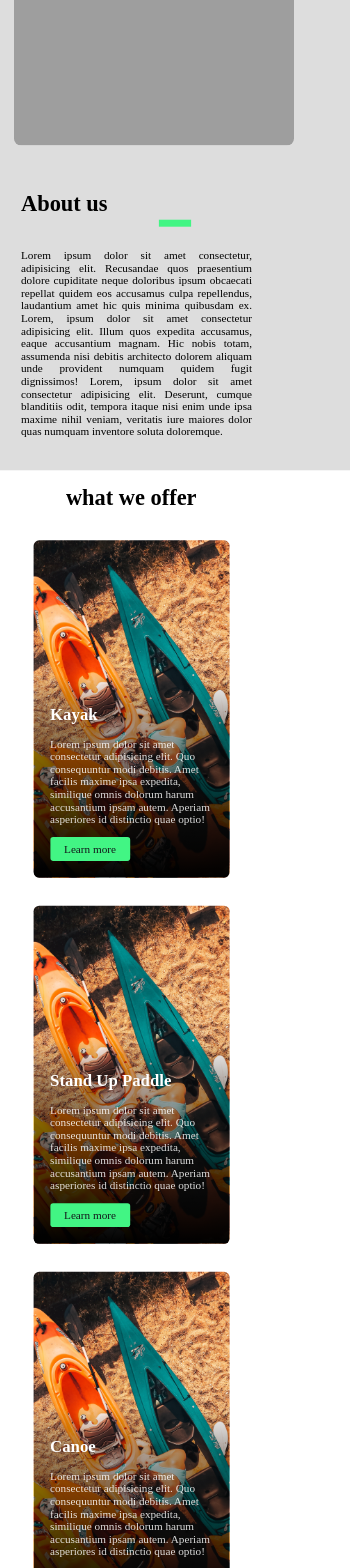
Repository: joseluis2289/Responsive-club-website
Page: index.html
An editor plug-in stored every save of this project. The page is shown before and after a run of saves, followed by the edit.
The browser window is 375 px wide. The page is 500 px wide, so the pictures cover 500 px, including what lies to the right of the window. The pictures show the part of the page from y = 1267 to 3507 px (the page is 4417 px tall before and 4387 px after), at 70% of full size.
Pictures or frames that could not be fetched are drawn as grey boxes.

Above is the page before, as saved 2021-08-24 13:06:11.

### index.html
<!DOCTYPE html>
<html lang="en">
<head>
    <meta charset="UTF-8">
    <meta http-equiv="X-UA-Compatible" content="IE=edge">
    <meta name="viewport" content="width=device-width, initial-scale=1.0">
    <link rel="stylesheet" href="style.css">
    <script src="script.js" defer></script>
    <title>Responsive-Club-website</title>
</head>
<body>

    <nav class="navbar">
        <!-- hamburger toggle -->
        <div class="brand-title">Club-Website</div>
        <a href="#" class="toggle-button">
            <span class="bar"></span>
            <span class="bar"></span>
            <span class="bar"></span>
        </a>

        <div class="nav-links">
            <ul>
                <li><a href="#">Home</a></li>
                <li><a href="#">About</a></li>
                <li><a href="#">Contact</a></li>
            </ul>
        </div>
    </nav>
<div class="banner"></div>

<section class="welcome">
    <h1 class="discover-title">Discover the city of Leipzig</h1>
    <p class="p-discover">Discover the "water city of Leipzig". No matter whether by paddle <strong>or canoe or rowing boat.</strong>The city and its surroundings are among the most beautiful paddling areas in Saxony. Leipzig offers an incomparable combination of urban flair, unique Wilhelminian style architecture Unesco World Heritage Site and natural paradise Leipzig floodplain forest. Overall, the city has almost 300 km of extensive river and canal landscape.</p>

</section>

<!-- about us section -->
<div class="grid-container-about">
    <img class="grid-item-img" src="./Cosmetics Discount Sale Landscape Banner.png" alt="about">
    <div class="grid-item-text"><h1><a class="aboutUs-title" href="#">About us</a></h1><p class="aboutUs-text"> Lorem ipsum dolor sit amet consectetur, adipisicing elit. Recusandae quos praesentium dolore cupiditate neque doloribus ipsum obcaecati repellat quidem eos accusamus culpa repellendus, laudantium amet hic quis minima quibusdam ex. Lorem, ipsum dolor sit amet consectetur adipisicing elit. Illum quos expedita accusamus, eaque accusantium magnam. Hic nobis totam, assumenda nisi debitis architecto dolorem aliquam unde provident numquam quidem fugit dignissimos! Lorem, ipsum dolor sit amet consectetur adipisicing elit. Deserunt, cumque blanditiis odit, tempora itaque nisi enim unde ipsa maxime nihil veniam, veritatis iure maiores dolor quas numquam inventore soluta doloremque.</p></div>
</div>

<h1 class="tittle-what-we-offer">what we offer</h1>


<div class="card-container">
    <div class="card">
        <div class="card-content">
        <h2 class="card-title">Kayak</h2>
        <p class="card-body">Lorem ipsum dolor sit amet consectetur adipisicing elit. Quo consequuntur modi debitis. Amet facilis maxime ipsa expedita, similique omnis dolorum harum accusantium ipsam autem. Aperiam asperiores id distinctio quae optio!</p>
        <a href="#" class="button">Learn more</a>
    </div>
    </div>

    <div class="card">
        <div class="card-content">
        <h2 class="card-title"> Stand Up Paddle</h2>
        <p class="card-body">Lorem ipsum dolor sit amet consectetur adipisicing elit. Quo consequuntur modi debitis. Amet facilis maxime ipsa expedita, similique omnis dolorum harum accusantium ipsam autem. Aperiam asperiores id distinctio quae optio!</p>
        <a href="#" class="button">Learn more</a>
    </div>
    </div>


    <div class="card">
        <div class="card-content">
        <h2 class="card-title">Canoe</h2>
        <p class="card-body">Lorem ipsum dolor sit amet consectetur adipisicing elit. Quo consequuntur modi debitis. Amet facilis maxime ipsa expedita, similique omnis dolorum harum accusantium ipsam autem. Aperiam asperiores id distinctio quae optio!</p>
        <a href="#" class="button">Learn more</a>
    </div>
    </div>

</div>





<!-- <section class="what-we-offer">
     <!-- <div class="kayak">kayak</div>
   <img class="kayak" src="./kayak.png" alt="kayak">
   <img class="kayak" src="./boat.png" alt="boat">
   <img class="kayak" src="./sup.png" alt="sup">
</section> -->




<section class="register">
    <form id="register" action="#">
        <h2 class="register-title">Register now!</h2>
        <label for="first-name">First-name:</label>
        <br/>
        <input type="text" name="first-name" id='name' placeholder="Enter your name">
        <br/>
        <label for="last-name">Last-name:</label>
        <br/>
        <input type="text" name="last-name" id="name" placeholder="Enter your last name">
        <br/>
        <label for="email">Email:</label>
        <br/>
        <input type="text" name="email" id="name" placeholder="Enter your email">
        <br/>&nbsp;
        <!-- <label for="gender">Gender:</label>
        <br/>
        <input type="radio" name="gender" id="male">
        &nbsp;
        <span id="male">Male</span>
        &nbsp; &nbsp;
        <input type="radio" name="gender" id="female">
        &nbsp;
        <span id="female">Female</span> -->
        <br/> <br/>
    <input type="submit" value="submit" name="submit" id="submit">
    </form>
</section>

<footer class="footer">
    <div>footer</div>
</footer>
</body>
</html>

### style.css
:root{
    --clr-neutral-900: hsl(207,19%,9%);
    --crl-neutral-100: hsl(0,0%,100%);
    --crl-accent-400: hsl(142, 90%, 61%);

}

*,
*::before,
*::after {
    box-sizing: border-box;
}


*{
    box-sizing: border-box;
}

body{
    margin: 0;
    border: 0;
}

.navbar{
    display: flex;
    justify-content: space-between;
    align-items: center;
    background-color: #333;
    color: white;
    font-family: 'Poppins', sans-serif;

}

.brand-title{
    font-size: 1.6rem;
    margin: .5rem;
    text-transform: uppercase;
    letter-spacing: 4px;
    -webkit-box-shadow: 0 10px 6px -6px rgb(80, 73, 73);
    -moz-box-shadow:0 10px 6px -6px rgb(114, 110, 110);
    box-shadow: 0 10px 6px -6px rgb(136, 133, 133);
    border-radius:10px;
}

.nav-links ul {
    margin: 0;
    padding: 0;
    display: flex;
}
.nav-links li {
    list-style: none;
}

.nav-links li a {
    text-decoration: none;
    color: white;
    padding: 1rem;
    display: block;
}
.nav-links li:hover{
    background-color:#555;
}

.toggle-button {
    position: absolute;
    top: .75rem;
    right: 1rem;
    display: none;
    flex-direction: column;
    justify-content: space-between;
    width: 30px;
    height: 22px;
}

.toggle-button .bar {
    height: 3px;
    width: 100%;
    background-color: white;
    border-radius: 10px;
}

.banner{
    background-image: url("/Cosmetics\ Discount\ Sale\ Landscape\ Banner.png");
    background-repeat: no-repeat;
    background-position: cover;
    background-size: 100% 100vh;
    height: 100vh;
}

/* discover the city of Leipzig */
.welcome{
    text-align: center;
    height: 30vh;

}
.discover-title{
    display: block;
    position: relative;
    cursor: pointer;
}
.discover-title::after{
    content:"";
    position: absolute;
    left: 620px;
    background: var(--crl-accent-400);
    display: block;
    border: 0;
    margin: 0.5rem 0;
    width:300px;
    height: 10px;
    transform: scaleX(0.1);
    transition: transform 0.4s ease;

}

.discover-title:hover:after,
.discover-title:active:after{
    transform: scaleX(1);
    transform-origin: left;
    transition: transform 0.5s ease;
}


.grid-container-about{
    background-color: #ddd;
    display: grid;
    grid-template-columns: 1fr 1fr;
    padding: 30px;
}
.grid-item-img{
    width: 400px;
    height: 40vh;
    border-radius:10px;

}

/* about us  */

.aboutUs-title{
color: #000;
text-decoration: none;
border: 0;
margin: 0.5rem 0;
line-height: 1.4;
display: block;
position: relative;
}

.aboutUs-title:after{
    position: absolute;
    content: "";
    background: var(--crl-accent-400);
    display: block;
    left:0;
    bottom:0;
    line-height: 1.4;
    width:100%;
    height: 10px;
    transform: scaleX(0.1);
    transition: transform 0.4s ease;

}

.aboutUs-title:hover:after,
.aboutUs-title:active:after{
    transform: scaleX(1);
    transform-origin: left bottom;
    transition: transform 0.5s ease;
}




/* what we offer cards */
.tittle-what-we-offer{
    text-align: center;
}

.card-container{
    display: flex;
    justify-content: space-around;
}

.card{
    color: var(--crl-neutral-100);
    background-image: url(./we-offer.jpg);
    background-size: cover;
    padding: 12rem 0 0;
    /* ch is 35 character wide */
    max-width: 35ch;
    border-radius: 0.5rem;
    overflow: hidden;
    transition: transform 500ms ease;

}

.card:hover{
    transform: scale(1.05);
}



.card-content{
    /* this variable only exist within the card content */
    --padding: 1.5rem;
    padding: var(--padding);
    /* here im appying some saturation and opacity of the backgroud card in order to king of fade it out */
    background: linear-gradient(
        hsl(0 0% 0% / 0),
        hsl(0 0% 0% / 0.3) 20%,
        hsl(0 0% 0% / 1)
    );
}

.card-title{
    position: relative;
    /* max-content it line up the with of the title */
    width: max-content;


}

.card-title::after{
    content:"";
    position: absolute;
    height: 4px;
    /* here I'm moving the green bar to the left in order to animate */
    left: calc(var(--padding) * -1 );
    bottom: 0;
    width: calc(100% + var(--padding));
    background: var(--crl-accent-400);
    /* here I'm animating the green bar from left to right */
    transform-origin: left;
    transform: scaleX(0);
    transition: transform 500ms ease;
}

.card:hover .card-title::after{
    transform: scaleX(1);
}

.card-body{
    color: rgb(255 255 255 / 0.85);
}

.button{
    cursor:pointer;
    display: inline-block;
    padding: 0.5em 1.3em;
    text-decoration: none;
    color: var(--clr-neutral-900);
    background-color: var(--crl-accent-400);
    padding: 0.5em 1.25em;
    border-radius: 0.25em;
}


.button:hover,
.button:focus {
    background-color: var(--crl-neutral-100);
}


/* .what-we-offer{
    display: grid;
    grid-template-columns: 1fr 1fr 1fr;
    display: flex;
    justify-content: space-around;
}
.kayak{
    /* background-image:url("kayak.png");
    height: 40vh;
    margin: 10px;
    border-radius:10px;
    background: #ddd;
    box-shadow: 0 6px 10px rgba(14, 13, 13, 0.08), 0 0 6px rgba(0, 0, 0, 0.05);
    cursor: pointer;
}


.kayak:hover{
    border: rgba(0, 0, 0, 0.05) solid 0;
    transform: scale(1.05);
    box-shadow: 0 10px 20px rgba(0, 0, 0, 0.12), 0 4px 8px rgba(0, 0, 0, 0.06);
    transition: 0.3s;
} */

/* register */
.register-title{
    text-align: center;
    padding: 20px;
    font-family:'Poppins', sans-serif;
}
#register{

    background-color:rgba(0, 0, 0, 0.05);
    width: 600px;
    font-size: 18px;
    border-radius:10px;
    border:1px solid rgba(214, 210, 210, 0.3);
    box-shadow: 2px 2px 15px;
    color:rgb(24, 21, 21);
    margin: 50px auto;
    text-align: center;
    padding: 20px;

}
label{
    font-family:'Poppins', sans-serif;
    font-size: 18px;
}
input#name{
    width: 300px;
    border: 1px solid #ddd;
    border-radius: 3px;
    outline: 0;
    padding: 7px;
    background-color: #fff;
    box-shadow: inset 1px 1px 5px
    rgba(0,0,0,0.3);
}


input#submit{
    width: 200px;
    padding: 7px;
    font-size: 16px;
    font-family: sans-serif;
    font-weight: 600;
    border: none;
    border-radius:3px;
    background-color:rgba(250, 100, 0, 0.8);
    color:black;
    cursor:pointer;
    border:1px solid rgba(255, 255, 255, 0.3);
    box-shadow: 1px 1px 5px rgba(0, 0, 0, 0.3);
    margin-bottom: 20px;
}

/* label,span,h2{
     text-shadow: 1px 1px 5px rgba(0, 0, 0, 0.3);
} */

/* footer */
.footer{
    width: 100%;
    height: 40vh;
    background-color:#000;
    color:whitesmoke;
}

@media(min-width: 320px) and (max-width: 480px){
    .toggle-button{
        display: flex;

        align-content: flex-end;
        right: -40px;
    }
    .nav-links{
          display: none;
         width: 100%;
    }
    .navbar{
        flex-direction: column;
        align-items: flex-start;
        width: 390px;
    }
    .banner{
        background-image: url("/Cosmetics\ Discount\ Sale\ Landscape\ Banner.png");
        background-repeat: no-repeat;
        background-position: cover;
        background-size: 100% 100vh;
        height: 100vh;
        width: 390px;
    }
    .nav-links ul {
        width: 100%;
        flex-direction: column;

    }
    .nav-links li {
        text-align: center;
    }
    .nav-links li a {
        padding: .5rem 1rem;
    }
    .nav-links.active{
        display: flex;

    }
    .discover-title::after{
        left: 5px;
    }
    .discover-title{
        margin: 20px auto 25px 40px;
    }
    .p-discover{
        text-align: justify;
        text-justify: inter-word;
        width: 350px;
        margin:0 auto 0 20px;
    }
    .grid-container-about{
        margin: 30px 0 0;
        background-color: #ddd;
        display: grid;
        grid-template-columns: 1fr;
        padding: 20px;
        width: 500px;
    }
    .grid-item-img{
        margin: 0 auto 30px 0px;
    }
    .aboutUs-title{

        padding: 10px;
    }
    .aboutUs-text{
        text-align: justify;
        text-justify: inter-word;
        width: 350px;
        padding: 10px;

    }
    .card-container{
        display: flex;
        flex-direction: column;


    }
    .card{
        margin: 20px auto;
    }


    #register{
        width: 300px;
    }

    input#name{
        width: 200px;
    }


}

/* ##Device = Low Resolution Tablets, Mobiles (Landscape)
##Screen = B/w 481px to 767px */

@media (min-width: 481px) and (max-width: 767px){
    .navbar{
        width: 780px;
        flex-direction: row;
        justify-content: space-around;
        align-content: center;
    }
    .banner{
        background-image: url("/Cosmetics\ Discount\ Sale\ Landscape\ Banner.png");
        background-repeat: no-repeat;
        background-position: cover;
        background-size: 100% 100vh;
        height: 100vh;
        width: 780px;
    }

    .discover-title::after{
        left: 260px;
        margin: 0 0 30px;

    }
    .discover-title{
        width: 800px;
        text-align: center;
    }
    .p-discover{
        text-align: justify;
        text-justify: inter-word;
        width: 700px;
        padding: 0.7em 5em;
        margin:20px 0 0 60px;
        font-size: 20px;

    }
    .grid-container-about{
        width: 800px;
        margin: 40px 0;
        background-color: #ddd;
        display: grid;
        grid-template-columns: 1fr;
        padding: 90px;
    }
    .aboutUs-text{
        text-align: justify;
        text-justify: inter-word;
        width: 550px;
    }
    .card-container{
        display: flex;
        flex-direction: column;


    }
    .card{
        margin: 20px auto;
    }

}

### script.js
const toggleButton = document.getElementsByClassName("toggle-button")[0]
const navBarLinks = document.getElementsByClassName("nav-links")[0]

toggleButton.addEventListener("click", () =>{
    // toggle the active class so If the active class does exist it will add it and viceversa
    navBarLinks.classList.toggle("active")
}
)

After the next 2 saves:
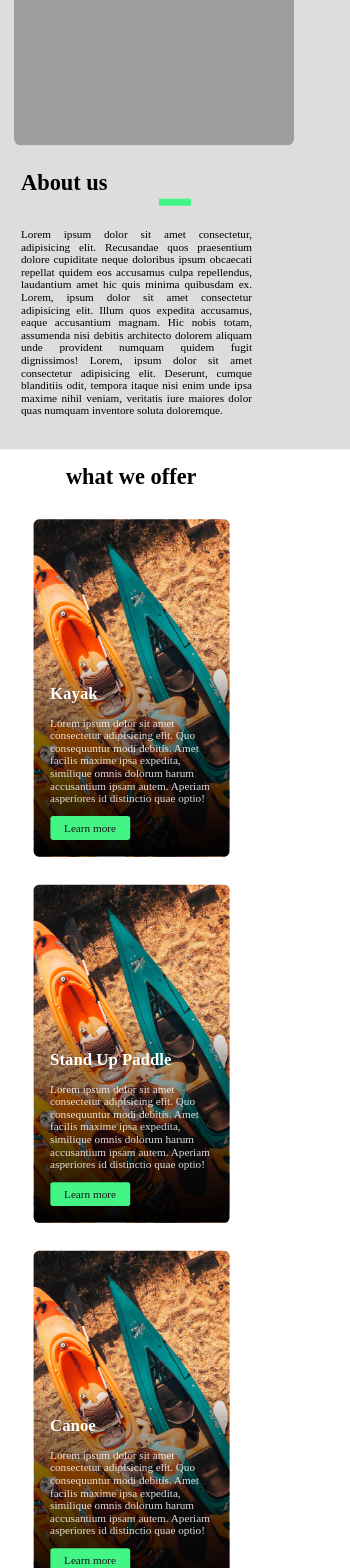
The 2 saves are shown as one change because they came seconds apart.
The last was saved 6 s later.
--- a/style.css
+++ b/style.css
@@ -409,7 +409,7 @@ input#submit{
         width: 500px;
     }
     .grid-item-img{
-        margin: 0 auto 30px 0px;
+        margin: 0 auto 0px 0px;
     }
     .aboutUs-title{
 
